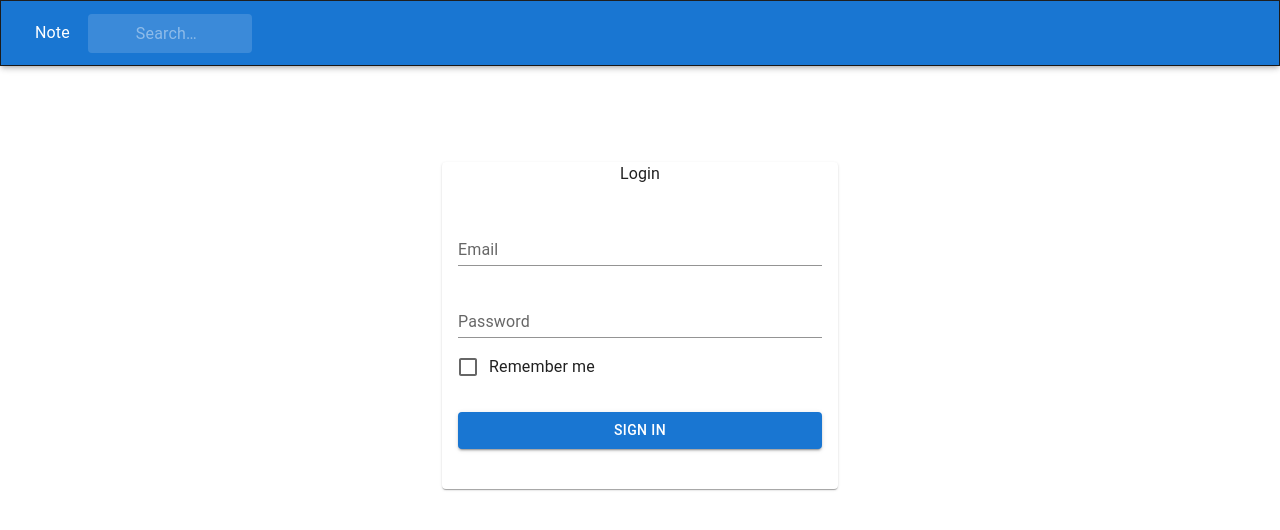
Repository: NGHIAVN1/Note
Page: /
The author's editor kept a copy of each file at every save. The page is drawn from the files as they stood at one save, then again after the next save.
The browser window is 1280 px wide. The pictures show the whole page.
The project was rebuilt for these pictures with package versions that can differ from the ones it lists, and the page was loaded fresh each time. Also part of the build but not shown: vite.config.js, src/Register.jsx, src/Pet.jsx, src/useBreedList.jsx, src/SearchParams.jsx.

Above is the page before, as saved 2024-03-20 10:53:41.

### src/index.html
<!DOCTYPE html>
<html lang="en">

<head>
  <meta charset="UTF-8">
  <meta name="viewport" content="width=device-width, initial-scale=1.0">
  <meta http-equiv="X-UA-Compatible" content="ie=edge">
  <title>Adopt Me</title>
</head>

<body>
  <div id="root">not rendered</div>
  <script type="module" src="./App.jsx">
    // Your code is going to go here

  </script>
</body>

</html>

### src/App.jsx
import React, { StrictMode } from "react";
import "./Register";
import "./LoginPages";
import "./SearchParams";
import { createRoot } from "react-dom/client";
import SearchParams from "./SearchParams";
import RegisterUser from "./Register";
import LoginPage from "./LoginPages";
import Home from "./Home";

const App = () => {
  return (
    <div>
      <StrictMode>
        <Home />
        <LoginPage />
      </StrictMode>
    </div>
  );
};

const container = document.getElementById("root");
const root = createRoot(container);
root.render(
  <StrictMode>
    <App />
  </StrictMode>
);

### src/LoginPages.jsx
import {
  CardContent,
  CardHeader,
  CssBaseline,
  TextField,
  Typography,
} from "@mui/material";
import Container from "@mui/material/Container";
import Card from "@mui/material/Card";
import { dark } from "@mui/material/styles/createPalette";
import Box from "@mui/material/Box";
import FormControlLabel from "@mui/material/FormControlLabel";
import Button from "@mui/material/Button";
import Checkbox from "@mui/material/Checkbox";
import Grid from "@mui/material/Grid";
// const defaultTheme = createTheme();
const LoginPage = () => {
  return (
    <div>
      <Container component="main" maxWidth="xs">
        <CssBaseline />
        <Box
          sx={{
            marginTop: 8,
            display: "flex",
            flexDirection: "column",
            alignItems: "center",
          }}
        >
          <Card
            sx={{
              marginTop: 4,
              display: "flex",
              flexDirection: "column",
              alignItems: "center",
            }}
          >
            <Typography sx={{ frontSize: 20 }} color={dark}>
              Login
            </Typography>
            <Box component="form" submit>
              <CardContent>
                <TextField
                  variant="standard"
                  label="Email"
                  fullWidth
                  margin="normal"
                  id="password"
                />
                <TextField
                  variant="standard"
                  id="password"
                  label="Password"
                  fullWidth
                  margin="normal"
                />
                <FormControlLabel
                  control={<Checkbox value="remember" color="primary" />}
                  label="Remember me"
                />
                <Button
                  type="submit"
                  fullWidth
                  variant="contained"
                  sx={{ mt: 3, mb: 2 }}
                >
                  Sign In
                </Button>
              </CardContent>
            </Box>
          </Card>
        </Box>
      </Container>
    </div>
  );
};
export default LoginPage;

### src/Home.jsx
import Header from "./header";
const Home = () => {
  return (
    <div>
      <Header />
    </div>
  );
};
export default Home;

### src/header.jsx
import * as React from "react";
import { Box, Typography, AppBar } from "@mui/material";
import { styled, alpha } from "@mui/material/styles";
import Toolbar from "@mui/material/Toolbar";
import InputBase from "@mui/material/InputBase";
import SearchIcon from "@mui/icons-material/Search";
import MenuIcon from "@mui/icons-material/Menu";
import IconButton from "@mui/material/IconButton";

const Search = styled("div")(({ theme }) => ({
  position: "static",
  borderRadius: theme.shape.borderRadius,
  backgroundColor: alpha(theme.palette.common.white, 0.15),
  "&:hover": {
    backgroundColor: alpha(theme.palette.common.white, 0.25),
  },
  marginLeft: 0,
  width: "100%",
  [theme.breakpoints.up("sm")]: {
    marginLeft: theme.spacing(1),
    width: "auto",
  },
}));

const SearchIconWrapper = styled("div")(({ theme }) => ({
  padding: theme.spacing(0, 2),
  height: "100%",
  position: "absolute",
  pointerEvents: "none",
  display: "flex",
  alignItems: "center",
  justifyContent: "center",
}));

const StyledInputBase = styled(InputBase)(({ theme }) => ({
  color: "inherit",
  width: "100%",
  "& .MuiInputBase-input": {
    padding: theme.spacing(1, 1, 1, 0),
    // vertical padding + font size from searchIcon
    paddingLeft: `calc(1em + ${theme.spacing(4)})`,
    transition: theme.transitions.create("width"),
    [theme.breakpoints.up("sm")]: {
      width: "12ch",
      "&:focus": {
        width: "20ch",
      },
    },
  },
}));
const Header = () => {
  return (
    <div>
      <Box
        sx={{
          flexGrow: 3,
          border: 1,
        }}
      >
        <AppBar
          position="static"
          sx={{
            flexGrow: 2,
          }}
        >
          <Toolbar>
            <Typography
              position={"static"}
              sx={{
                margin: "10px",
              }}
            >
              Note
            </Typography>
            <Search
              sx={{
                width: "70px",
              }}
            >
              <SearchIconWrapper>
                <searchIcon />
              </SearchIconWrapper>
              <StyledInputBase
                placeholder="Search…"
                inputProps={{ "aria-label": "search" }}
              />
            </Search>
          </Toolbar>
        </AppBar>
      </Box>
    </div>
  );
};
export default Header;

After the next save:
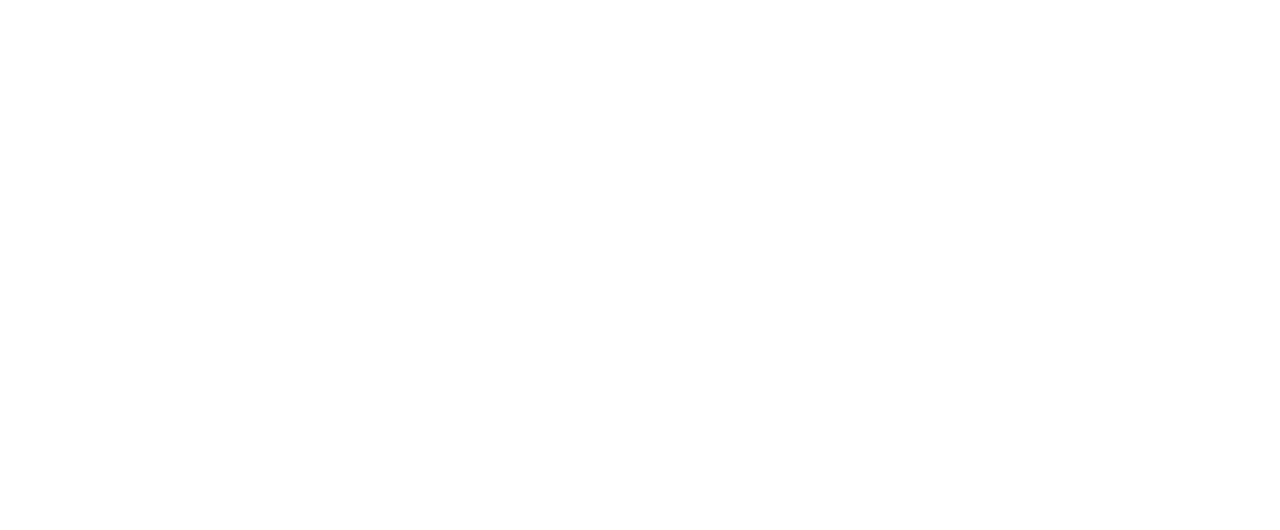
Console error: ReferenceError: flex is not defined
Saved 4 min 19 s later.
--- a/src/header.jsx
+++ b/src/header.jsx
@@ -74,7 +74,7 @@
             </Typography>
             <Search
               sx={{
-                width: "70px",
+                position: flex - basis,
               }}
             >
               <SearchIconWrapper>

After the 5 saves that followed:
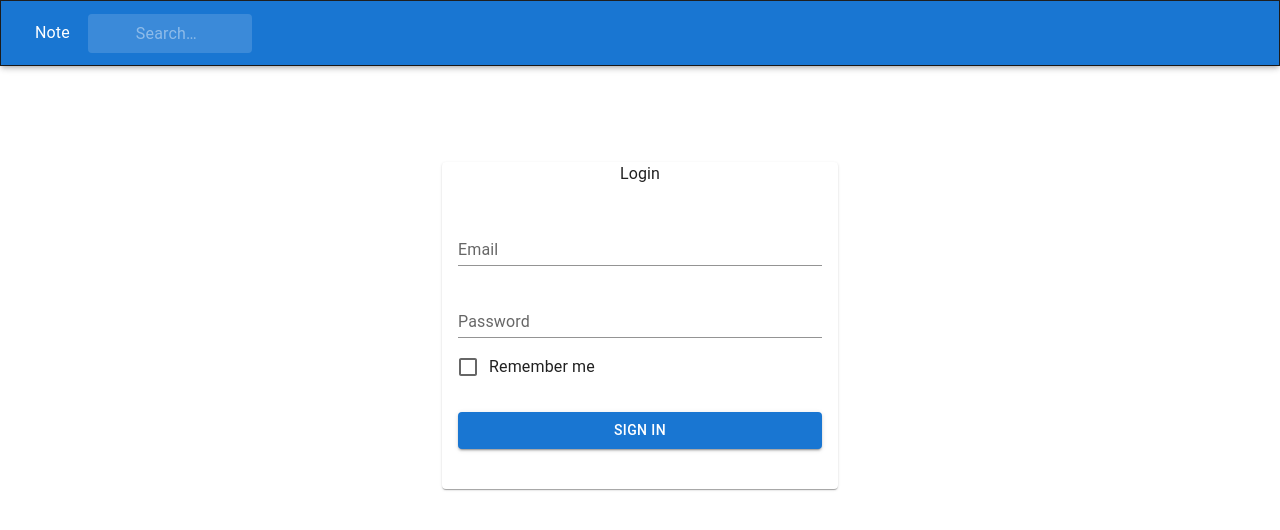
The error is gone.
The 5 saves are shown as one change because 4 left the picture as it was.
The last was saved 2 min 59 s later.
--- a/src/header.jsx
+++ b/src/header.jsx
@@ -72,11 +72,7 @@
             >
               Note
             </Typography>
-            <Search
-              sx={{
-                position: flex - basis,
-              }}
-            >
+            <Search>
               <SearchIconWrapper>
                 <searchIcon />
               </SearchIconWrapper>
